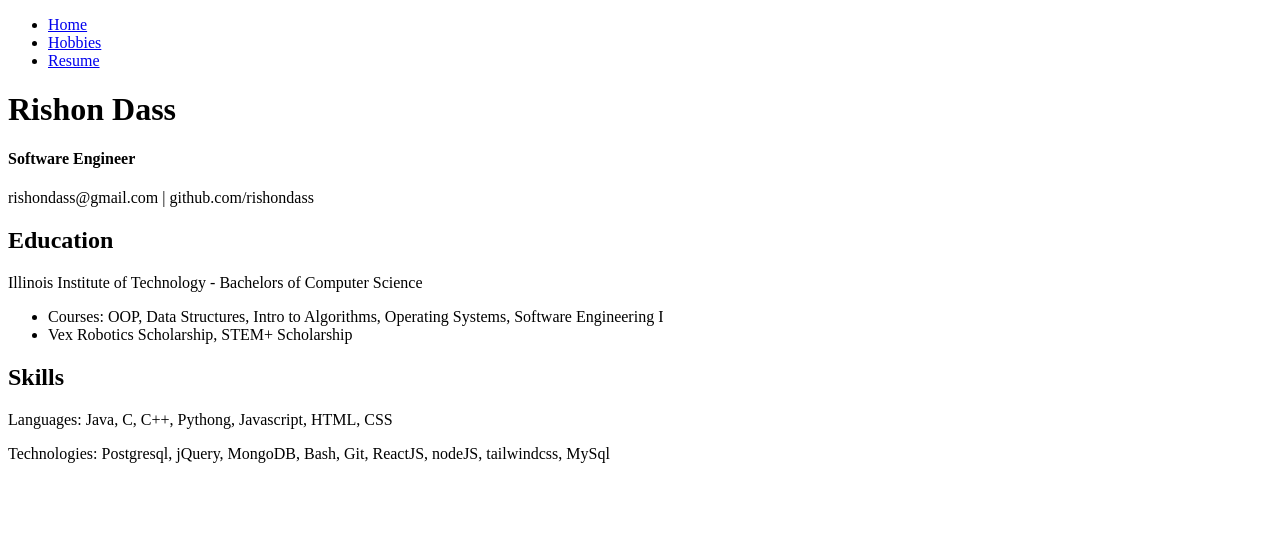
Repository: rishondass/ITMD361-Project1
Page: resume.html
These files come from the project's save history. The page is drawn as it stood at one moment and after the next save; the edit follows.
The browser window is 1280 px wide. The pictures show the whole page.

Above is the page before, as saved 2023-02-22 15:22:11.

After the next save:
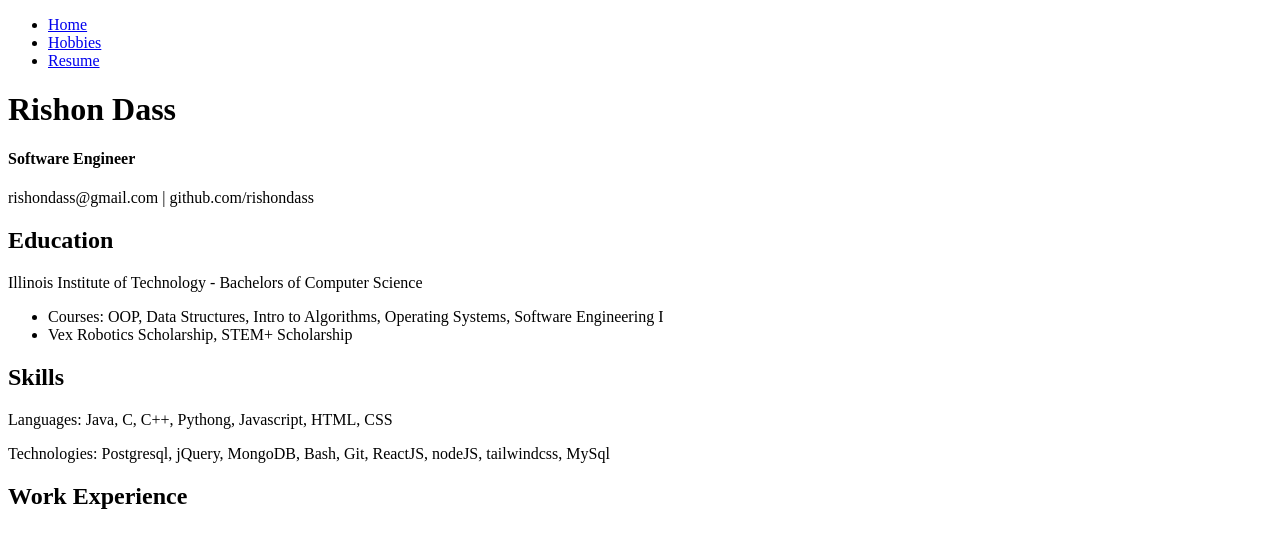
Saved 5 s later.
--- a/resume.html
+++ b/resume.html
@@ -58,7 +58,9 @@
         </p>
     </div>
     <div>
-
+        <h2>
+            Work Experience
+        </h2>
     </div>
 </body>
 </html>
